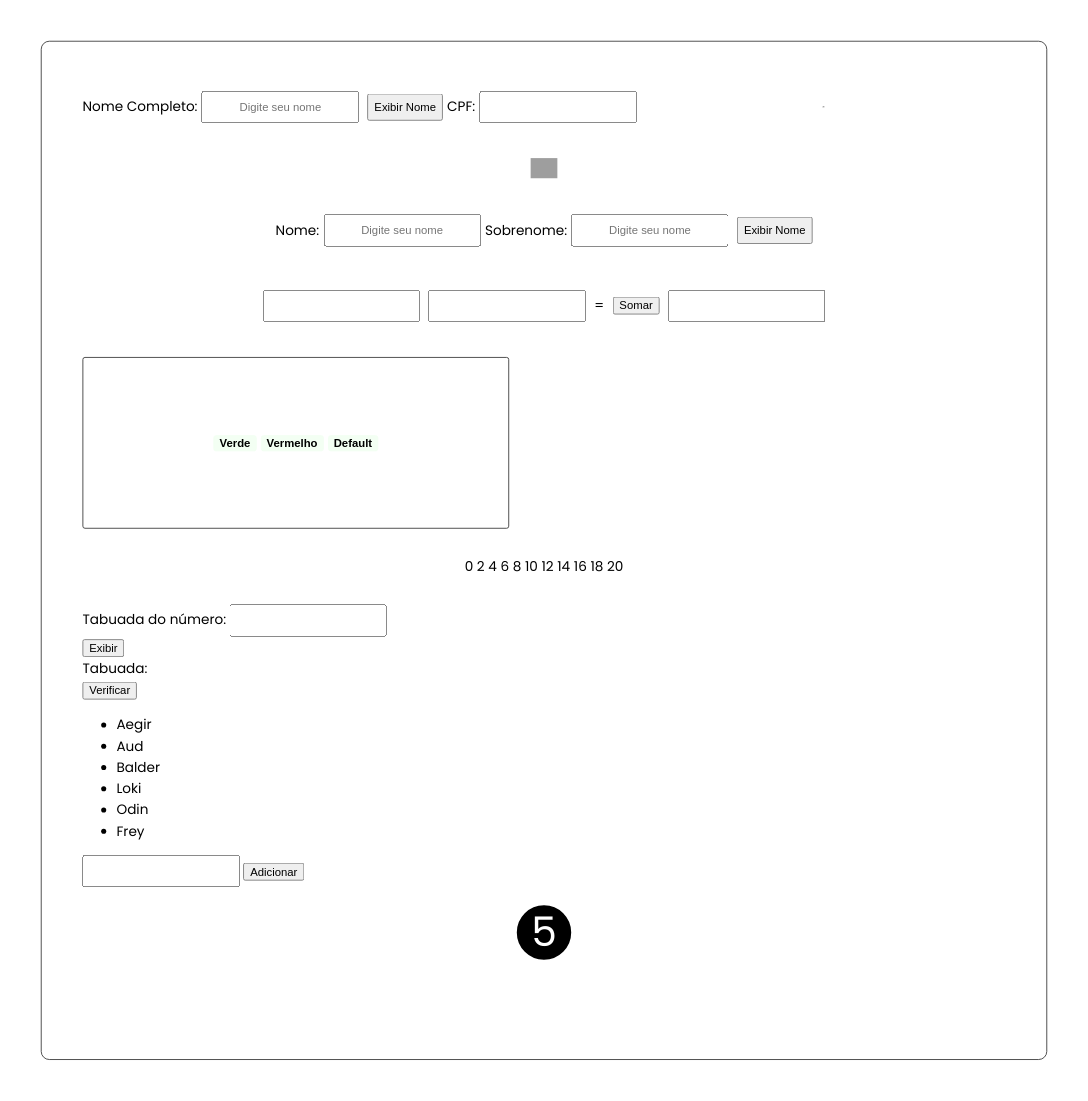
Repository: guilhermecardoso93/exerciciosjs
Page: index.html
These files come from the project's save history. The page is drawn as it stood at one moment and after a run of saves; the edit follows.
The browser window is 1280 px wide. The pictures show the whole page, at 85% of full size.
Pictures or frames that could not be fetched are drawn as grey boxes.

Above is the page before, as saved 2023-05-21 17:28:38.

After the next 2 saves:
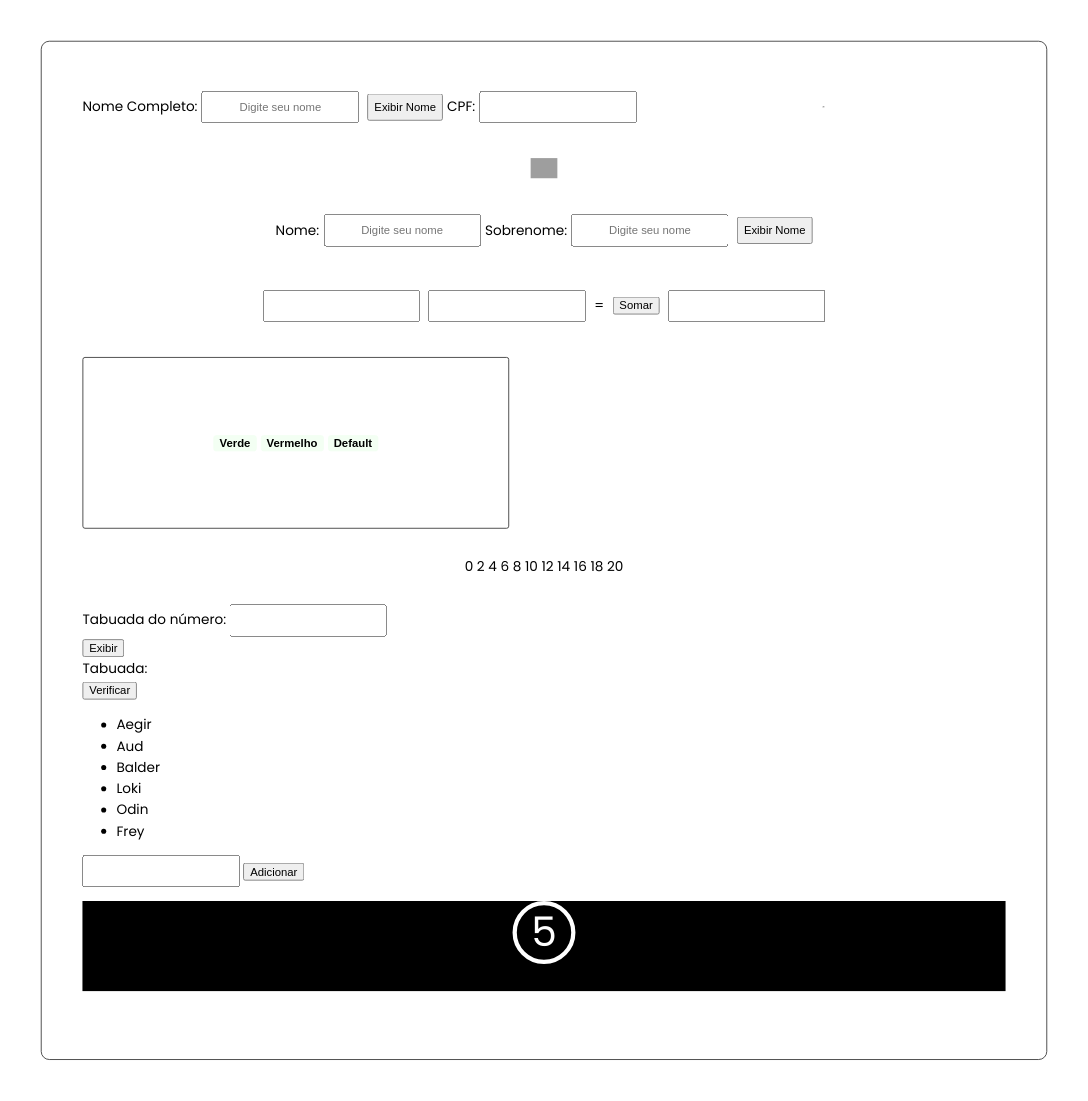
The 2 saves are shown as one change because they came seconds apart.
The last was saved 19 s later.
--- a/styles.css
+++ b/styles.css
@@ -56,6 +56,10 @@ div {
   flex-direction: column;
 }
 
+#contadordiv {
+  background: black;
+}
+
 #contador {
   font-size: 3rem;
   color: white;
